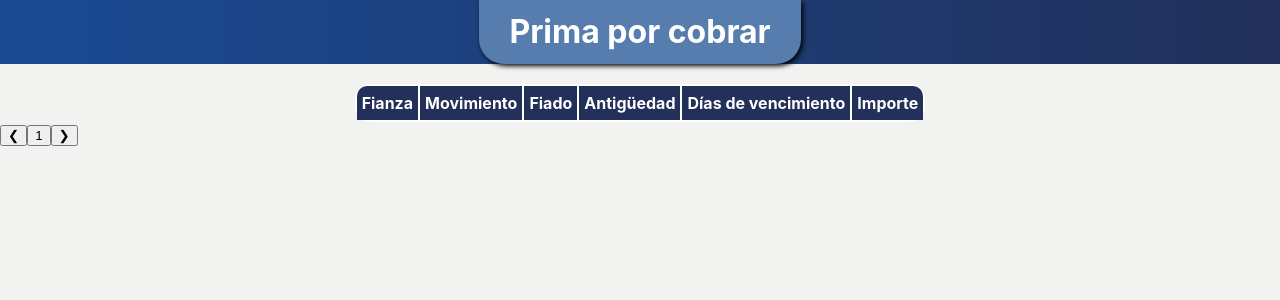
Repository: PCGP22/prueba-t-cnica-liberty-finanzas
Page: / (app in Prueba técnica full-stack/client/)
These files come from the project's save history. The page is drawn as it stood at one moment and after the next save; the edit follows.
The browser window is 1280 px wide. The pictures show the whole page.
The page's requests for data from a server got no answer. The project was rebuilt for these pictures with package versions that can differ from the ones it lists, and the page was loaded fresh each time. No one was signed in, and anything a server would have sent is missing. Also part of the build but not shown: Prueba técnica full-stack/client/vite.config.js, Prueba técnica full-stack/client/src/components/Card.jsx, Prueba técnica full-stack/client/src/components/CardsContainer.jsx, Prueba técnica full-stack/client/src/components/Filters.jsx.

Above is the page before, as saved 2023-11-14 08:05:57.

After the next save:
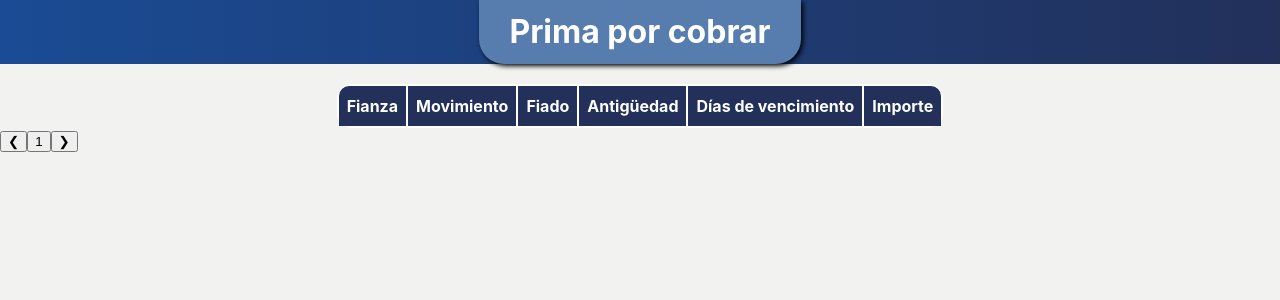
Saved 8 s later.
--- a/Prueba técnica full-stack/client/src/index.css
+++ b/Prueba técnica full-stack/client/src/index.css
@@ -144,5 +144,5 @@ table tr th:last-child{
   border-radius: 0 10px  0 0;
 }
 table tr th{
-  padding: 5px;
+  padding: 8px;
 }
